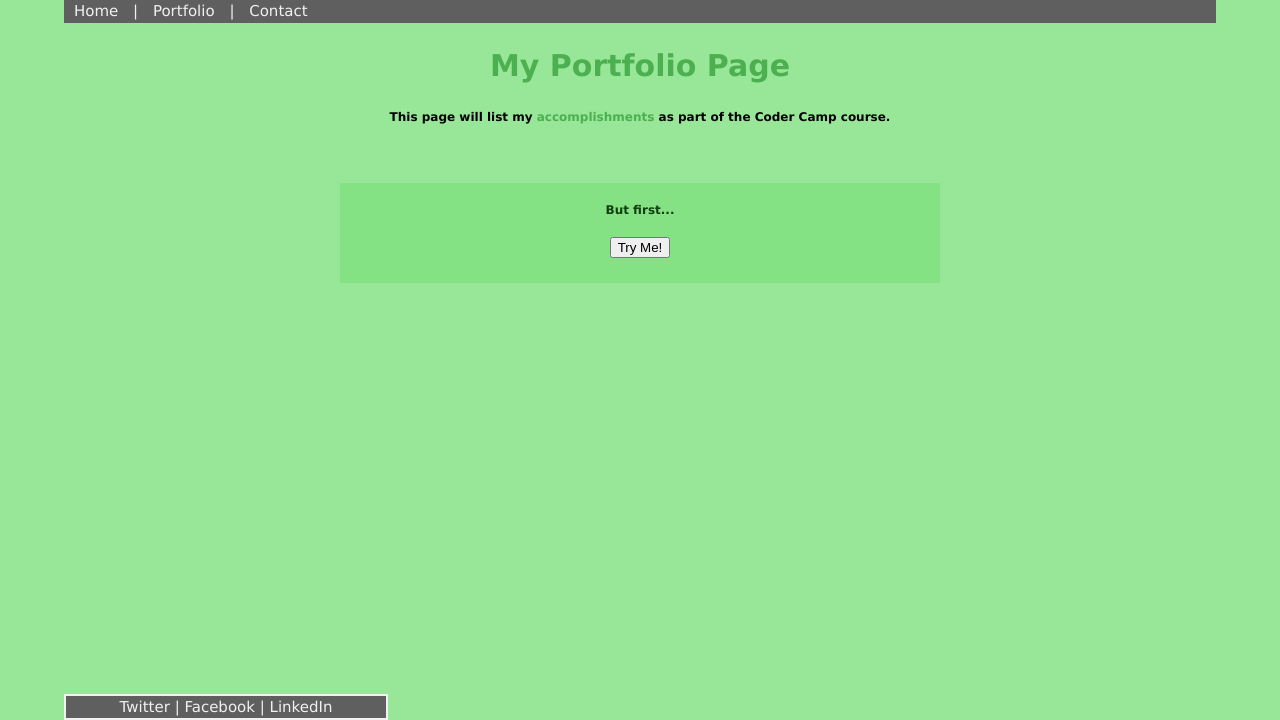
Repository: ischicagoisnotchicago/is-chicago
Page: http://localhost/CC_Personal_Website/portfolio.html
These files come from the project's save history. The page is drawn as it stood at one moment and after the next save; the edit follows.
The browser window is 1280 px wide. The pictures show the whole page.
The page is served by Tomcat 9.

Above is the page before, as saved 2017-05-25 23:05:47.

### CC Personal Website/WebContent/portfolio.html
<!DOCTYPE html>
<html>

<head>
<title>David Turner | Portfolio</title>
<link rel="stylesheet" type="text/css" href="style.css">
</head>

<body>
	<!-- Navigation Bar -->
	<nav>
		<a href="index.html">Home </a> | <a href="portfolio.html">Portfolio
		</a> | <a href="contact.html">Contact</a>
	</nav>

	<!-- Header -->
	<header>
		<h1>My Portfolio Page</h1>
		<h4>
			This page will list my <strong>accomplishments</strong> as part of
			the Coder Camp course.
		</h4>
	</header>

	<div id="portfolio">
	<div id="reserved">
		<br>But first...
		<br><br><button onclick="showFeature()" name="button">Try Me!</button></div>
	</div>

	<!-- Footer -->
	<footer>
		<a href="https://twitter.com/theagnessilient">Twitter</a> | <a
			href="https://www.facebook.com/profile.php?id=100004606000131"
		>Facebook</a> | <a href="https://www.linkedin.com/in/davidaturner19/">LinkedIn</a>
	</footer>

	<script src="script.js"></script>
</body>
</html>

### CC Personal Website/WebContent/style.css
/* Required! A background color */
/* Required! Change the font to a different Font-Family */
/* Required! Center all content on Home and Contact pages */
/* Tip! Changing body{height: 100%} will extend the page height making it easier to position content more accurately! */
body {
	font-family: Verdana,sans-serif;
    font-size: 15px;
    line-height: 1.5;
    height: 100%;
    width: 90%;
    background-color: #98e698;
    margin: 0 auto;
    text-align: center;
}

body#contact {
	font-family: "Comic Sans MS", cursive, sans-serif;
    font-size: 15px;
    line-height: 1.5;
    height: 100%;
    width: 90%;
	background-color: #ffe033;
	text-align: center;
}

header {
	height: 140px;
}

section {
	display: block;
	padding: 0 0 40px 0;
}

a {
	text-decoration: none;
}

/* Required! A style navbar */
nav {
	font-family: Verdana,sans-serif;
	color: #f1f1f1;
	background-color: #5f5f5f;
	text-align: left;
}

nav a {
	padding: 12px 10px;
}

a:link,
a:visited {
	color: #f1f1f1;
}

/* Required! Style links so when you hover the link, a different color is displayed */
a:hover {
    color: #4CAF50;
    background-color: black;
}

a:active {
    color: #f1f1f1;
}

h1, strong {
	color: #4CAF50;
}

h4 {
	font-size: .8em;
}

p {
	text-align: justify;
	text-indent: 15px;
}

dl {
	height: 380px;
}

dt {
	color: #ccad00;
	font-size: 1.4em;
	text-shadow: 2px 2px 5px white;
	text-align: left;
	border-left: 8px solid #ffdd1a;
	border-bottom: 1px solid #ffdd1a;
}

dd {
	text-align: right;
	font-style: italic;
	font-size: 0.9em;
	color: #0f3e0f;
}

#portfolio {
	height: 410px;
	width: 600px;
	margin: 0 auto 0 auto;
}

#accomplish {
	height: 400px;
}

#showtime {
	position: absolute;
	top: 180px;
	height: 220px;
	width: 600px;
	color: #0f3e0f;
	background-color: #84e184;
}

#reserved {
	height: 100px;
	font-weight: bold;
	font-size: 0.8em;
	color: #0f3e0f;
	background-color: #84e184;
}

#txtresults {
	height: 120px;
	color: #0f3e0f;
	padding: 20px 0 0 0;
	background-color: #84e184;
	border: 2px solid #ffdd1a;
}

.centerimg {
	height: 382px;
	width: 382px;
	margin: 25px auto 30px auto;
}

.itright {
	text-align: right;
	font-style: italic;
	color: #0f3e0f;
	padding-top: 50px;
}

.ftprompt {
    display: block;
    height: 25px;
    padding: 25px;
}

.fprompt {
	float: left;
	margin-left: 50px;
}

.tprompt {
	float: right;
	margin-right: 40px;
}

/* Required! The Contact should have a different color background and a set width of 25% */
.formtbl {
  height: 350px;
  width: 700px;
  margin: 0 auto 0 auto;
  padding: 10px 30px 0 30px;
}

.formside {
	width: 25%;
	float: left;
	background-color: #5f5f5f;
	padding: 10px;
	border: 5px double #0f3e0f;
	margin-left: 10px;
}

.formside input, .formside textarea {
	padding: 2px 0;
	background-color: #b8dc6f;
}

.formside button {
	margin: 0 60px;
	box-shadow: 2px 2px 2px #888888;
}

/* Required! The table needs to have a border and a background color. */
.tableside {
	float : right;
	width: 175px;
	height: 157px;
	color: #f1f1f1;
	padding: 10px;
	background-color: #5f5f5f;
    border: 5px double #0f3e0f;
    margin-right: 10px;
}

.tableside td {
	background-color: #5f5f5f;
	height: 20px;
	border: 5px double #0f3e0f;
	padding: 9px 40px;
}

/* Required! The mailto: with your email should be positioned in the bottom left corner with a border and background color */
.stuckleft {
	display: block;
	position: fixed;
	bottom: 0;
	left: 0;
	width: 97%;
	text-align: left;
	background-color: #5f5f5f;
	border-left: 5px double #f1f1f1;
	border-bottom: 1px solid #f1f1f1;
	border-right: 8px solid #f1f1f1;
}

/* Required! Footer needs to be stuck to the bottom of the page. */
footer {
  position: fixed;
  bottom: 0;
  width: 25%;
  color: #f1f1f1;
  background-color: #5f5f5f;
  border: 2px solid #f1f1f1;
}

footer a {

}

### CC Personal Website/WebContent/script.js
// Expand punctuation as needed.
var Punctuation = {

  COMMA : ',',
  SPACE : ' ',
  PERIOD : '.',
  QUEST : '?',
  EXC : '!'
}

// Object with report stats to be used in html.
var reportMy = {
  text : "",
  numOfWords : 0,
  numOfSents : 0,
  numOfSpaces : 0,
  aveWordsPerSent : 0
}

// Array objects listing my accomplishments.
var accomplishMy = [
    {
      dt : "Personal Website",
      dd : "This is my first Website created for Coding from Scratch using HTML5 and CSS."
    }, {
      dt : "Portfolio Examples",
      dd : "Simple exercises showing my use of HTML, CSS and Javascript."
    }
];

// Generate reports to entered text.
function reportStats() {

  // Set initial.
  var wordStarted = false;

  // Get text from element with id value.
  reportMy.text = document.getElementById("sample").value;

  // Through the entire text length, check char. Update stats as appropriately.
  for ( i = 0; i < reportMy.text.length; i++) {

    switch ( reportMy.text[i]) {

      // If PERIOD, QUESTION, EXCLAMATIONPT, update number of sentences.
      case Punctuation.PERIOD:
      case Punctuation.QUEST:
      case Punctuation.EXC:
        if ( wordStarted === true) {
          reportMy.numOfSents++;
        }
        // break;

        // If either or COMMA, update number of words,
      case Punctuation.COMMA:
        if ( wordStarted === true) {
          reportMy.numOfWords++;
          wordStarted = false;
        }
        break;

      // If COMMA, update number of spaces.
      case Punctuation.SPACE:
        reportMy.numOfSpaces++;
        if ( wordStarted === true) {
          reportMy.numOfWords++;
          wordStarted = false;
        }
        break;

      // Assumes otherwise we are char in a word.
      default: {
        if ( wordStarted === false) {
          wordStarted = true;
        }
      }
    }
  }

  // Once text length has been reached, update average words per sentence.
  reportMy.aveWordsPerSent = parseInt(reportMy.numOfWords / reportMy.numOfSents);

  // Return reportMy object.
  return reportMy;
}

// Create a portfolio report of accomplishments.
function portlist() {

  var port = document.getElementById("portfolio");
  var showt = document.getElementById("showtime");
  port.removeChild(showt);
  var div = appendElementChild("div", port, "accomplish");
  var dl = appendElementChild("dl", div);

  // Build accomplishment listing.
  if ( accomplishMy !== null) {
    var i = 0;
    do {

      var dt = appendElementChild("dt", dl);
      dt.innerHTML = accomplishMy[i].dt;
      var dd = appendElementChild("dd", dl);
      dd.innerHTML = accomplishMy[i].dd;
      appendBreakChild(2, dl);
      i++;

    } while ( i < accomplishMy.length);

  }

  return true;
}

// Create a page with the textreader exercise.
function textreader() {

  // Replace "reserved" report with feature exercise.
  var port = document.getElementById("portfolio");
  var reserved = document.getElementById("reserved");
  port.removeChild(reserved);
  var div = appendElementChild("div", port, "showtime");
  var prompt1 = "First, a simple exercise. Type complete sentences "
      + "in the text area provided then press SUBMIT. I will report "
      + "statistics related to your submission. Cool? ";
  appendTextChild(prompt1, div, "h4");
  var prompt2 = "Text Reader and Statistics";
  var txta = appendElementChild("textarea", div, "sample");
  txta.setAttribute("name", "textReader");
  txta.setAttribute("rows", "5");
  txta.setAttribute("cols", "30");
  appendBreakChild(2, div);

  // Create button to move to next results page.
  var button1 = appendElementChild("button", div, "button1id");
  button1.innerHTML = "Submit";
  button1.setAttribute("name", "button1");
  button1.setAttribute("onClick", "txtrresults()");

  return true;
}

// Create a page of textreader results.
function txtrresults() {

  // First, run reportStats and generate the ReportMy stats to be used.
  reportStats();

  // Then setup report using ReportMy data.
  var prompt1 = "I detect you had entered " + reportMy.numOfSents
      + " sentence(s), consisting of " + reportMy.numOfWords + " words and "
      + reportMy.numOfSpaces
      + " spaces. The average words per sentence therefore is "
      + reportMy.aveWordsPerSent + ". Thanks for playing!";
  var noenter = "I detect you have not entered words in the text area. Ok then.";

  // Create noenter if no words detected in text area.
  if ( reportMy.numOfWords === 0) {
    prompt1 = noenter;
  }

  // If word are detected, create page report.
  var showt = document.getElementById("showtime");
  var button1 = document.getElementById("button1id");
  showt.removeChild(button1);

  var port = document.getElementById("portfolio");
  var div = appendElementChild("div", showt, "txtresults");
  appendTextChild(prompt1, div, "h4");

  var button2 = appendElementChild("button", div, "button2id");
  button2.innerHTML = "Done!";
  button2.setAttribute("name", "button2");
  button2.setAttribute("onClick", "portlist()");
  return;
}

// Replace with whatever exercise you want to display. For now, TextReader().
function showFeature() {

  textreader();
}

// Append text as a child node (w element).
function appendTextChild(text, node, element, idname) {

  // Check input.
  if ( text === undefined || text === null || node === undefined
      || node === null || element === undefined || element === null) {
    return null;
  }

  // Create styled text node.
  var txt = document.createTextNode(text);
  var el = _createel(element, idname);
  el.appendChild(txt);
  node.appendChild(el);

  return el;
}

// Append xtimes of break(s) as child node(s) to node.
function appendBreakChild(xtimes, node) {

  // Check input.
  if ( xtimes === undefined || xtimes === null || node === undefined
      || node === null) {
    return null;
  }

  var i = 0;
  // Create xtimes number of breaks.
  do {

    node.appendChild(document.createElement("br"));
    i++;

  } while ( i < xtimes);

  return true;
}

// Create child node of element with optional idname. You need idname if you
// want to remove later.
function appendElementChild(element, node, idname) {

  if ( element === undefined || element === null || node === undefined
      || node === null) {
    return null;
  }

  var el = _createel(element, idname);
  node.appendChild(el);

  return el;
}

function _createel(element, idname) {

  // Check input.
  if ( element === null) {
    return;
  }

  // Create element with optional id.
  var el = document.createElement(element);
  if ( idname !== undefined && idname !== null) {

    el.setAttribute("id", idname);
  }

  return el;
}

After the next save:
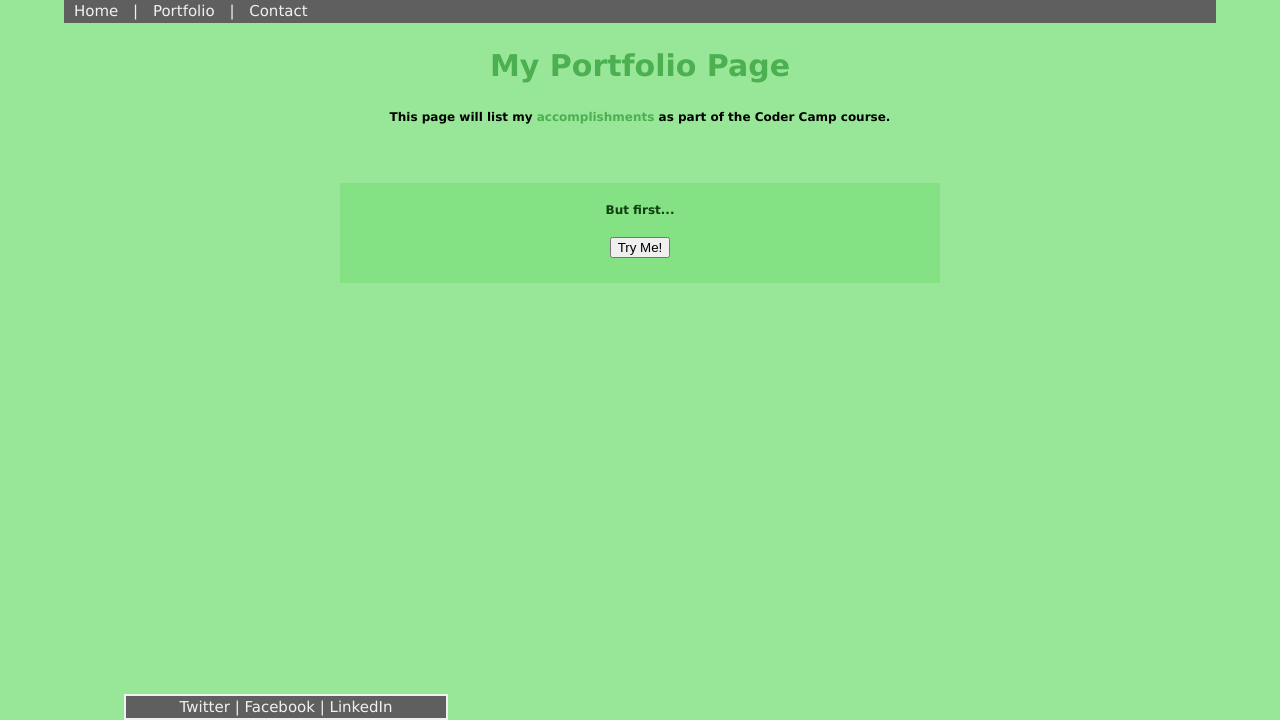
Saved 7 min 20 s later.
--- a/CC Personal Website/WebContent/style.css
+++ b/CC Personal Website/WebContent/style.css
@@ -226,10 +226,7 @@ footer {
   bottom: 0;
   width: 25%;
   color: #f1f1f1;
+  margin: 0 20px 0 60px;
   background-color: #5f5f5f;
   border: 2px solid #f1f1f1;
 }
-
-footer a {
-
-}
